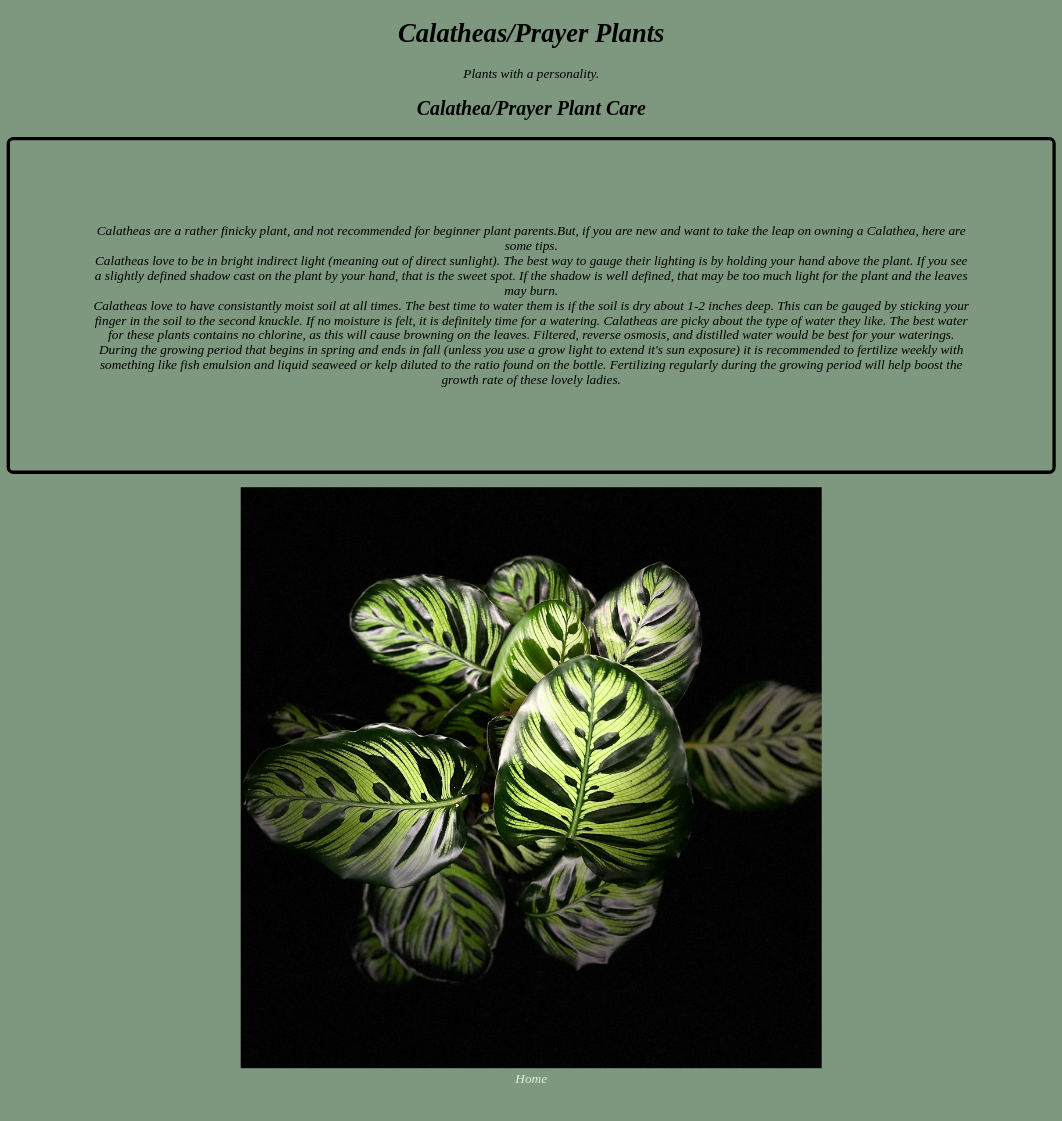
Repository: swillis91/odin-recipies
Page: Planty Page/calatheas.html
These files come from the project's save history. The page is drawn as it stood at one moment and after the next save; the edit follows.
The browser window is 1280 px wide. The pictures show the whole page, at 83% of full size.

Above is the page before, as saved 2023-08-11 22:46:19.

After the next save:
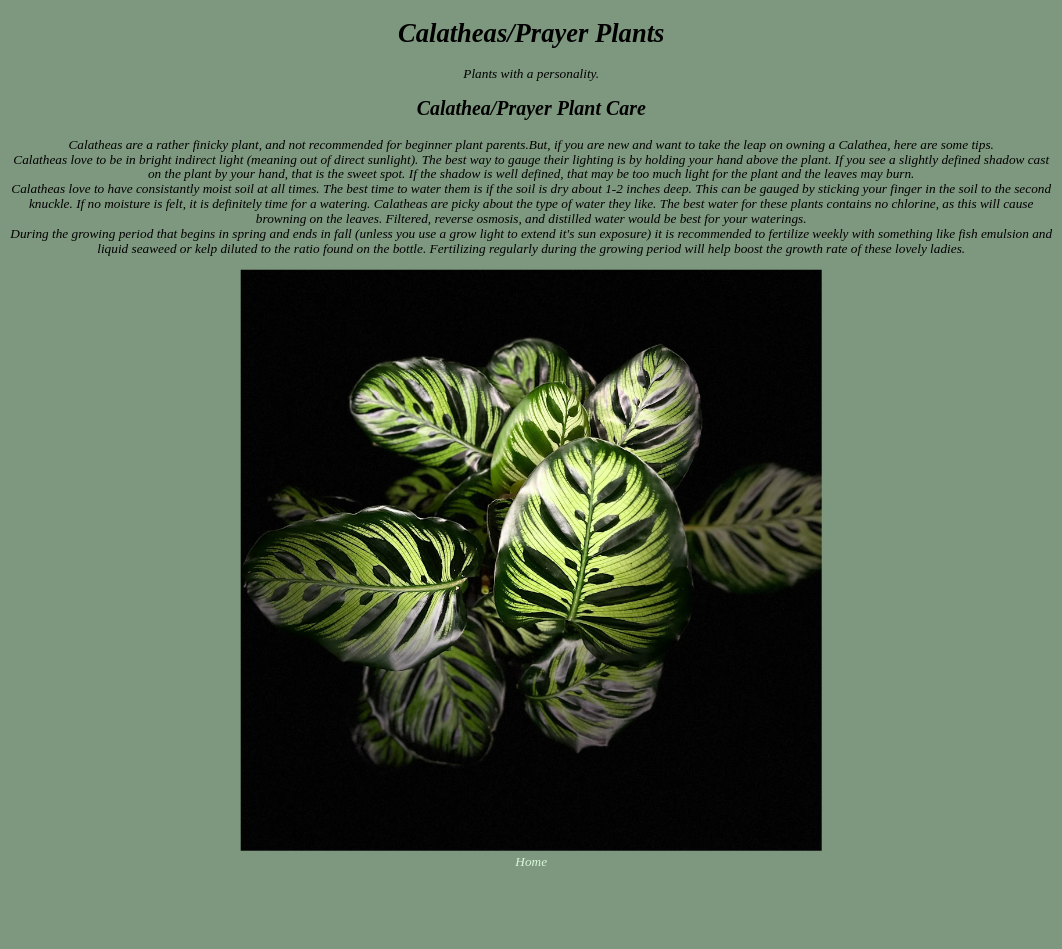
Saved 57 s later.
--- a/Planty Page/style.css
+++ b/Planty Page/style.css
@@ -18,14 +18,7 @@ body{
 
 div.box{
     border:2px solid black;
-
-}
-
-.care{
-    padding:100px;
-    border: 4px solid black;
-    border-radius: 8px;
-    position: 50%;
+    display: flex;
 }
 
 #calathea-makoyana{
